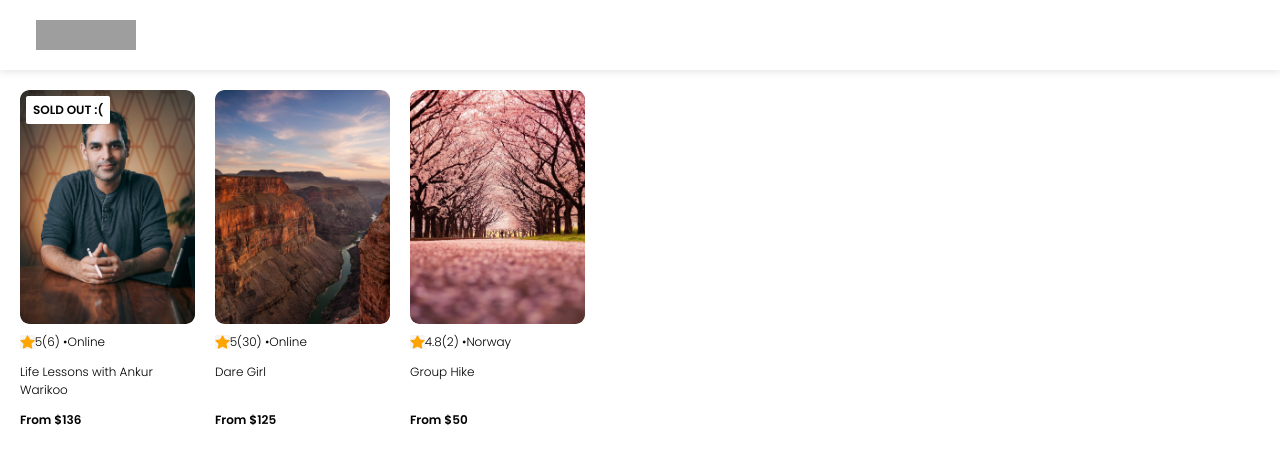
Repository: Sundaram-2001/Airbnb-experience
Page: /
An editor plug-in stored every save of this project. The page is shown before and after the next save, followed by the edit.
The browser window is 1280 px wide. The pictures show the whole page.
Pictures or frames that could not be fetched are drawn as grey boxes. The project was rebuilt for these pictures with package versions that can differ from the ones it lists, and the page was loaded fresh each time. Also part of the build but not shown: src/components/Hero.jsx.

Above is the page before, as saved 2023-01-25 22:56:03.

After the next save:
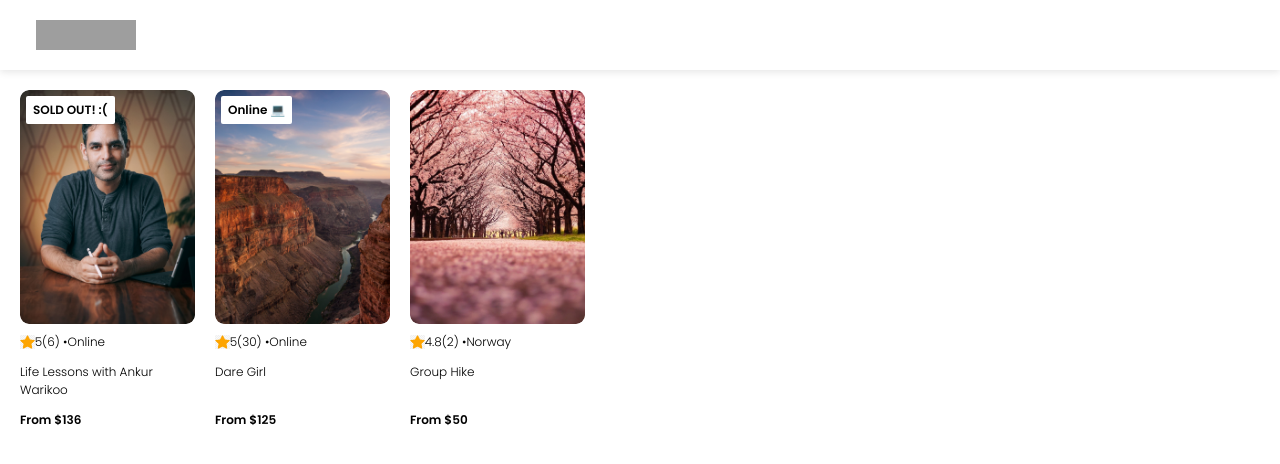
Saved 45 s later.
--- a/src/components/Card.jsx
+++ b/src/components/Card.jsx
@@ -12,7 +12,7 @@
     }
     return(
         <div className="card">
-           {props.openSpots===0 && <div className="card--badge">SOLD OUT :(</div>}
+           {badgeText && <div className="card--badge">{badgeText}</div>}
             <img src={`../images/${props.img}`} className="card--image" />
             <div className="card--stats">
                 <img src="../images/download.png" className='card--star' />
